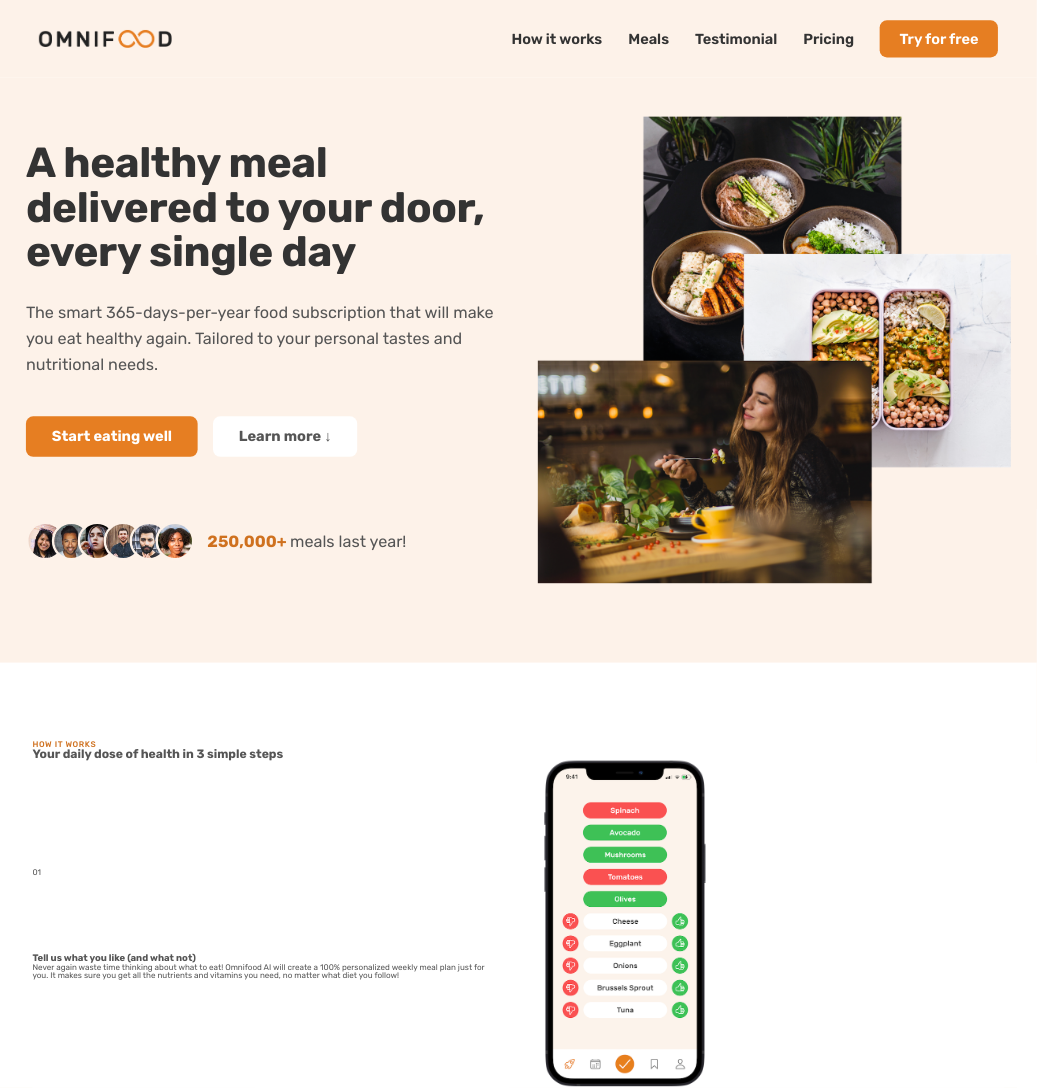
Repository: WefsCao/Omnifood
Page: index.html
The author's editor kept a copy of each file at every save. The page is drawn from the files as they stood at one save, then again after the next save.
The browser window is 1280 px wide. The pictures show the whole page, at 81% of full size.

Above is the page before, as saved 2022-06-04 20:05:06.

### index.html
<!DOCTYPE html>
<html lang="en">
  <head>
    <meta charset="UTF-8" />
    <meta http-equiv="X-UA-Compatible" content="IE=edge" />
    <meta name="viewport" content="width=device-width, initial-scale=1.0" />

    <link rel="preconnect" href="https://fonts.googleapis.com" />
    <link rel="preconnect" href="https://fonts.gstatic.com" crossorigin />
    <link
      href="https://fonts.googleapis.com/css2?family=Rubik:wght@400;500;600;700&display=swap"
      rel="stylesheet"
    />
    <link rel="stylesheet" href="./css/general.css" />
    <link rel="stylesheet" href="./css/style.css" />
    <title>Omnifood</title>
  </head>
  <body>
    <header class="header">
      <img class="logo" src="img/omnifood-logo.png" alt="heder of logo" />

      <nav class="nav-main">
        <ul class="nav-main-list">
          <li><a href="#" class="nav-main-link">How it works</a></li>
          <li><a href="#" class="nav-main-link">Meals</a></li>
          <li><a href="#" class="nav-main-link">Testimonial</a></li>
          <li><a href="#" class="nav-main-link">Pricing</a></li>
          <li><a href="#" class="nav-main-link nav-cta">Try for free</a></li>
        </ul>
      </nav>
    </header>
    <main>
      <section class="section-hero">
        <div class="hero">
          <div class="hero-text-box">
            <h1 class="heading-primary">
              A healthy meal delivered to your door, every single day
            </h1>
            <p class="hero-description">
              The smart 365-days-per-year food subscription that will make you
              eat healthy again. Tailored to your personal tastes and
              nutritional needs.
            </p>
            <a href="#" class="btn btn--full margin-ringht-sm"
              >Start eating well</a
            >
            <a href="#" class="btn btn--outline">Learn more &darr;</a>
            <div class="delivered-meals">
              <div class="delivered-imgs">
                <img src="img/customers/customer-1.jpg" />
                <img src="img/customers/customer-2.jpg" />
                <img src="img/customers/customer-3.jpg" />
                <img src="img/customers/customer-4.jpg" />
                <img src="img/customers/customer-5.jpg" />
                <img src="img/customers/customer-6.jpg" />
              </div>
              <div class="delivered-text">
                <span>250,000+ </span>meals last year!
              </div>
            </div>
          </div>
          <div class="hero-img-box">
            <img src="img/hero.png" alt="Hero of image" class="hero-img" />
          </div>
        </div>
      </section>
      <section class="section-how">
        <div class="step-heading container">
          <span class="step-subtitle">How it works</span>
          <h2 class="heading-secondary">
            Your daily dose of health in 3 simple steps
          </h2>
        </div>
        <div class="step-content container grid grid--2-cols">
          <div class="step-text-box">
            <div class="step-number">01</div>
            <h3 class="step-heading">Tell us what you like (and what not)</h3>
            <p class="step-text">
              Never again waste time thinking about what to eat! Omnifood AI
              will create a 100% personalized weekly meal plan just for you. It
              makes sure you get all the nutrients and vitamins you need, no
              matter what diet you follow!
            </p>
          </div>
          <div class="step-img-box">
            <img
              class="step-img"
              src="img/app/app-screen-1.png"
              alt="app screen 1"
            />
          </div>
        </div>
      </section>
    </main>
  </body>
</html>

### css/general.css
/*
--- 01 TYPOGRAPHY
- Font size system (px)
    10 / 12 / 14 / 16 / 18 / 20 / 24 / 30 / 36 / 44 / 52 / 62 / 74 / 86 / 98

- Font weights:
Default: 400

- Line heights:
Default: 1
Small: 1.05


--- 02 COLOR

- Primary: #e67e22
- Tints: #fdf2e9
- Shades: #cf711f
- Accents:
- Grey:
 #555
 #333

 --- 05 SHADOW

 --- 06 BORDER RADIUS
 - Default: 9px

 --- 07 WHITE SPACES
 - Spacing system (px)
 2 / 4 / 8 / 12 / 16 / 24 / 32 / 48 / 64 / 80 / 96 / 128
*/
html {
  font-size: 62.5%;
}
* {
  margin: 0;
  padding: 0;
  box-sizing: border-box;
}
body {
  font-family: "Rubik", sans-serif;
  color: #555;
  font-weight: 400;
  line-height: 1;
}

/****************************************/
/* GENERAL REUSE COMPONENTS */
/****************************************/
.heading-primary {
  font-size: 5.2rem;
  line-height: 1.05;
  color: #333;
  font-weight: 700;
  letter-spacing: -0.5px;
  margin-bottom: 3.2rem;
}

.btn--full:link,
.btn--full:visited {
  background-color: #e67e22;
  color: #fff;
}
.btn--full:hover,
.btn--full:active {
  background-color: #cf711f;
}
.margin-ringht-sm {
  margin-right: 1.6rem;
}

.grid {
  display: grid;
  align-items: center;
  /* grid-template-rows: repeat(2, 1fr); */

  column-gap: 6.4rem;
  row-gap: 9.6rem;
}
.grid--2-cols {
  grid-template-columns: repeat(2, 1fr);
}
.grid--3-cols {
  grid-template-columns: repeat(3, 1fr);
}
.container {
  max-width: 120rem;
  margin: 0 auto;
  background-color: #fff;
}

### css/style.css
/****************************************/
/* HEADER */
/****************************************/
.header {
  display: flex;
  align-items: center;
  justify-content: space-between;
  height: 9.6rem;
  padding: 0 4.8rem;
  background-color: #fdf2e9;
}
.logo {
  height: 2.2rem;
}

/****************************************/
/* NAVIGATION */
/****************************************/

.nav-main-list {
  display: flex;
  align-items: center;
  gap: 3.2rem;
  list-style: none;
}
.nav-main-link:link,
.nav-main-link:visited {
  color: #333;
  font-size: 1.8rem;
  font-weight: 600;
  text-decoration: none;
  transition: all 0.3s;
}
.nav-main-link:hover,
.nav-main-link:active {
  color: #e67e22;
}

.nav-main-link.nav-cta:link,
.nav-main-link.nav-cta:visited {
  padding: 1.2rem 2.4rem;
  background-color: #e67e22;
  border-radius: 9px;
  color: #fff;
}
.nav-main-link.nav-cta:hover,
.nav-main-link.nav-cta:active {
  background-color: #cf711f;
}

/****************************************/
/* HERO */
/****************************************/
.section-hero {
  background-color: #fdf2e9;
  padding: 4.8rem 0 9.6rem 0;
}

.hero {
  display: grid;
  grid-template-columns: 1fr 1fr;
  gap: 4.8rem;
  align-items: center;
  max-width: 130rem;
  padding: 0 3.2rem;
  margin: 0 auto;
}

.hero-description {
  font-size: 2rem;
  line-height: 1.6;
  margin-bottom: 4.8rem;
}
.btn:link,
.btn:visited {
  outline: none;
  display: inline-block;
  padding: 1.6rem 3.2rem;
  font-size: 1.8rem;
  font-weight: 700;
  border-radius: 9px;
  text-decoration: none;
  transition: background-color 0.3s;
}

.btn--outline:link,
.btn--outline:visited {
  background-color: #fff;
  color: #555;
}
.btn--outline:hover,
.btn--outline:active {
  background-color: #fdf2e9;
  box-shadow: inset 0 0 0 3px #fff;
}

.delivered-meals {
  display: flex;
  align-items: center;
  gap: 1.6rem;
  margin-top: 8rem;
}
.delivered-imgs {
  display: flex;
}
.delivered-imgs img {
  width: 4.8rem;
  height: 4.8rem;
  border-radius: 50%;
  border: 3px solid #fdf2e9;
  margin-right: -1.6rem;
}
.delivered-imgs img:last-child {
  margin: 0;
}
.delivered-text {
  font-size: 2rem;
}
.delivered-text span {
  font-weight: 700;
  color: #cf711f;
}
.hero-img {
  width: 100%;
}
.step-heading {
  margin-top: 9.6rem;
}
.step-subtitle {
  letter-spacing: 0.75px;
  text-transform: uppercase;
  color: #cf711f;
  font-weight: 500;
}
.step-img {
  width: 35%;
}

After the next save:
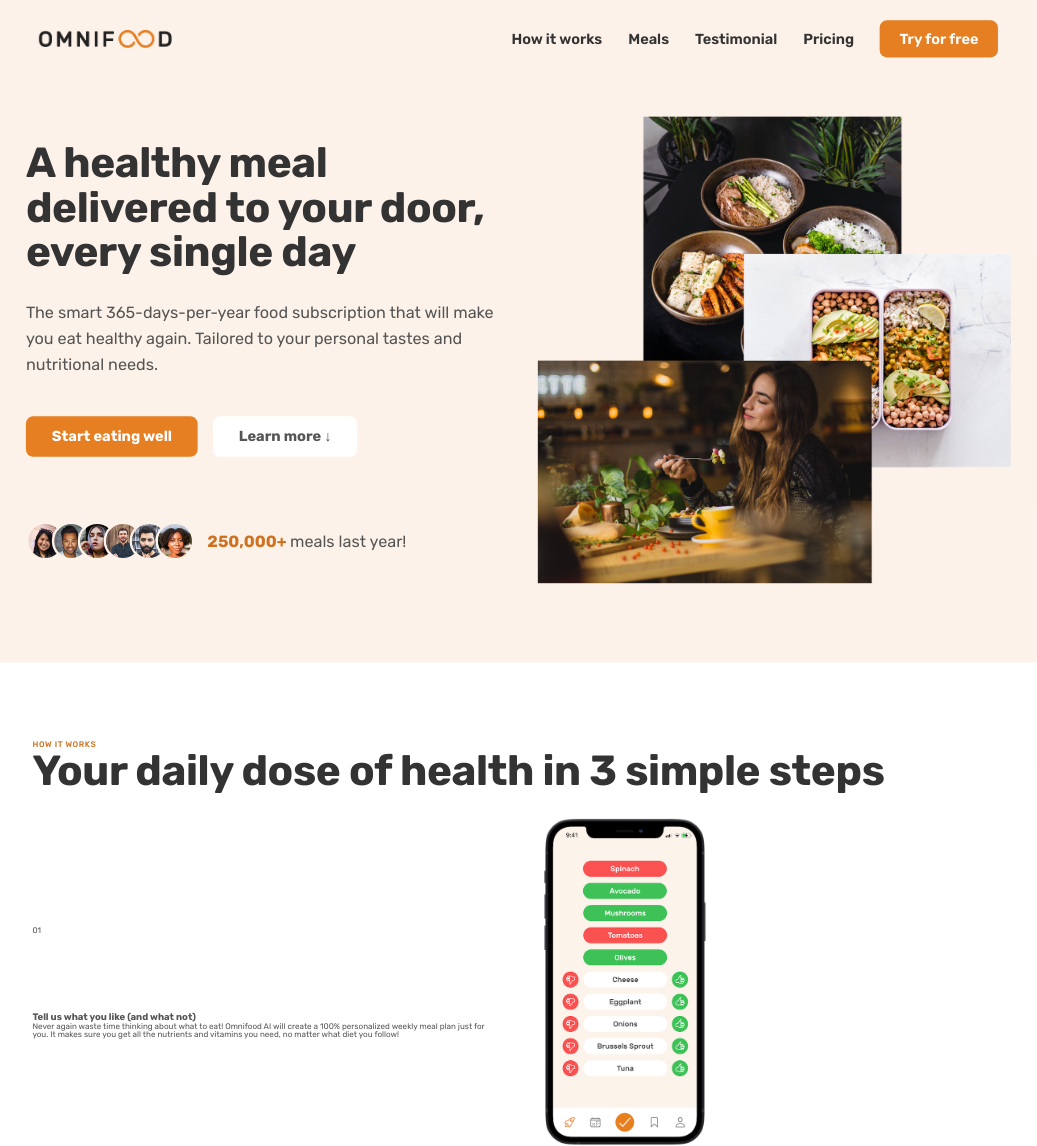
Saved 46 s later.
--- a/css/general.css
+++ b/css/general.css
@@ -48,7 +48,8 @@
 /****************************************/
 /* GENERAL REUSE COMPONENTS */
 /****************************************/
-.heading-primary {
+.heading-primary,
+.heading-secondary {
   font-size: 5.2rem;
   line-height: 1.05;
   color: #333;
